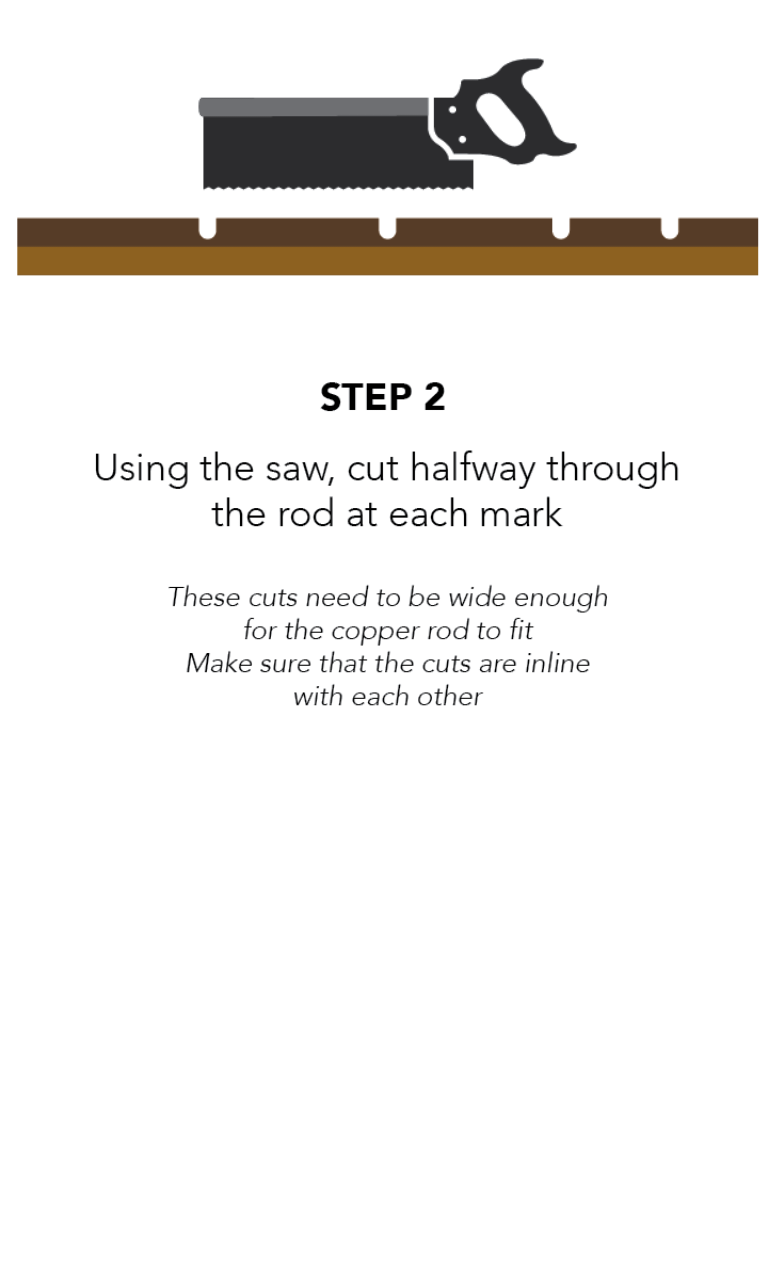
Repository: sbobhate/Android-Applications
Layout: EWBProject/res/layout/fragment_page3.xml
The author's editor kept a copy of each file at every save. The layout is drawn from the files as they stood at one save, then again after the next save.
It is drawn on a 768 x 1280 px phone screen (xhdpi) without system bars, with theme AppTheme; the app's code is not run.

Above is the layout before, as saved 2014-02-22 02:10:58.

### EWBProject/res/layout/fragment_page3.xml
<?xml version="1.0" encoding="utf-8"?>
<RelativeLayout xmlns:android="http://schemas.android.com/apk/res/android"
    android:layout_width="match_parent"
    android:layout_height="match_parent" >



    <ImageView
        android:id="@+id/step2"
        android:src="@drawable/step2"
        android:contentDescription="@string/step2"
        android:layout_width="fill_parent"
        android:layout_height="wrap_content"
        />

    <ImageView
        android:id="@+id/step2Tutorial"
        android:src="@drawable/step2tutorial"
        android:contentDescription="@string/step2_tutorial"
        android:layout_width="fill_parent"
        android:layout_height="wrap_content"
        android:layout_below="@+id/step2"
        />

</RelativeLayout>

### EWBProject/res/values-v14/styles.xml
<resources>

    <!--
        Base application theme for API 14+. This theme completely replaces
        AppBaseTheme from BOTH res/values/styles.xml and
        res/values-v11/styles.xml on API 14+ devices.
    -->
    <style name="AppBaseTheme" parent="@android:style/Theme.Holo.Light.NoActionBar.Fullscreen">
        <!-- API 14 theme customizations can go here. -->
    </style>

</resources>

### EWBProject/res/values/strings.xml
<?xml version="1.0" encoding="utf-8"?>
<resources>

    <string name="app_name">EWB Project</string>
    <string name="action_settings">Settings</string>
    <string name="hello_world">Hello world!</string>
    <string name="home_header">Home Header</string>
    <string name="instructions">Instructions</string>
    <string name="reader">Reader</string>
    <string name="home_footer">Footer</string>
    <string name="title_activity_about_us">About Us</string>
    <string name="title_activity_instructions">Instructions</string>
    <string name="materials">Materials</string>
    <string name="hello_blank_fragment">Hello blank fragment</string>
    <string name="step1">Step 1</string>
    <string name="step2">Step 2</string>
    <string name="step3">Step 3</string>
    <string name="step1_tutorial">Step 1 Tutorial</string>
    <string name="step2_tutorial">Step 2 Tutorial</string>
    <string name="step3_tutorial">Step 2 Tutorial</string>
    <string name="blueprint">Blueprint</string>
    <string name="title_activity_reader">Reader</string>
    <string name="title_activity_cdma_visual">CdmaVisual</string>
    <string name="signal_quality">Signal Quality</string>
    <string name="cdma_title">What is CDMA ?</string>
    <string name="description">Code division multiple access (CDMA) is a channel access method used by various radio communication technologies.
CDMA is an example of multiple access, which is where several transmitters can send information simultaneously over a single communication channel. This allows several users to share a band of frequencies (see bandwidth). To permit this to be achieved without undue interference between the users CDMA employs spread-spectrum technology and a special coding scheme (where each transmitter is assigned a code).
CDMA is used as the access method in many mobile phone standards such as cdmaOne, CDMA2000 (the 3G evolution of cdmaOne), and WCDMA (the 3G standard used by GSM carriers), which are often referred to as simply CDMA.</string>

</resources>

Loaded but not shown: EWBProject/res/values/styles.xml (common file); EWBProject/res/values-v11/styles.xml (common file)

After the next save:
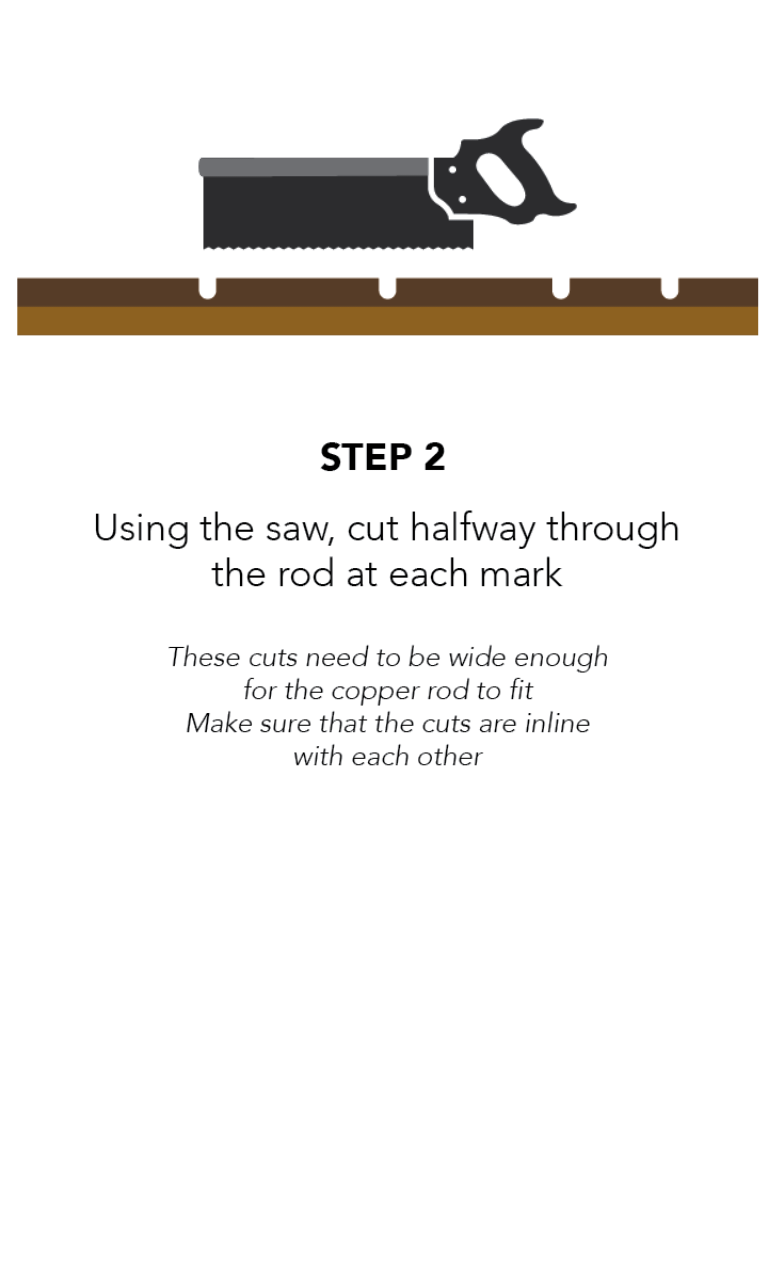
Saved 36 s later.
--- a/EWBProject/res/layout/fragment_page3.xml
+++ b/EWBProject/res/layout/fragment_page3.xml
@@ -11,6 +11,8 @@
         android:contentDescription="@string/step2"
         android:layout_width="fill_parent"
         android:layout_height="wrap_content"
+        android:layout_below="@+id/step1Tutorial"
+        android:layout_marginTop="30dp"
         />
 
     <ImageView
